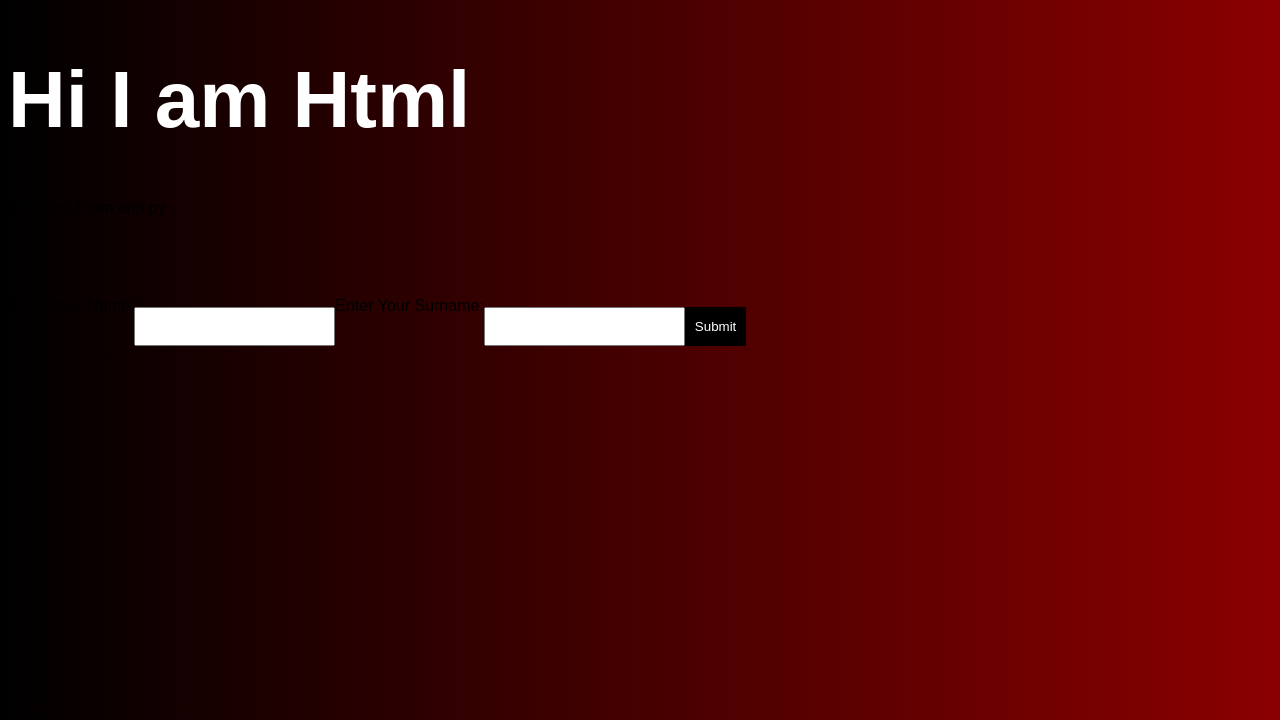
Repository: AlexandruMoloman/FormValidate-05Nov2024-
Page: http://localhost/
The author's editor kept a copy of each file at every save. The page is drawn from the files as they stood at one save, then again after the next save.
The browser window is 1280 px wide. The pictures show the whole page.
The page is served by the project's application, run on Flask 3 (app.py).

Above is the page before, as saved 2024-10-22 15:13:42.

After the next save:
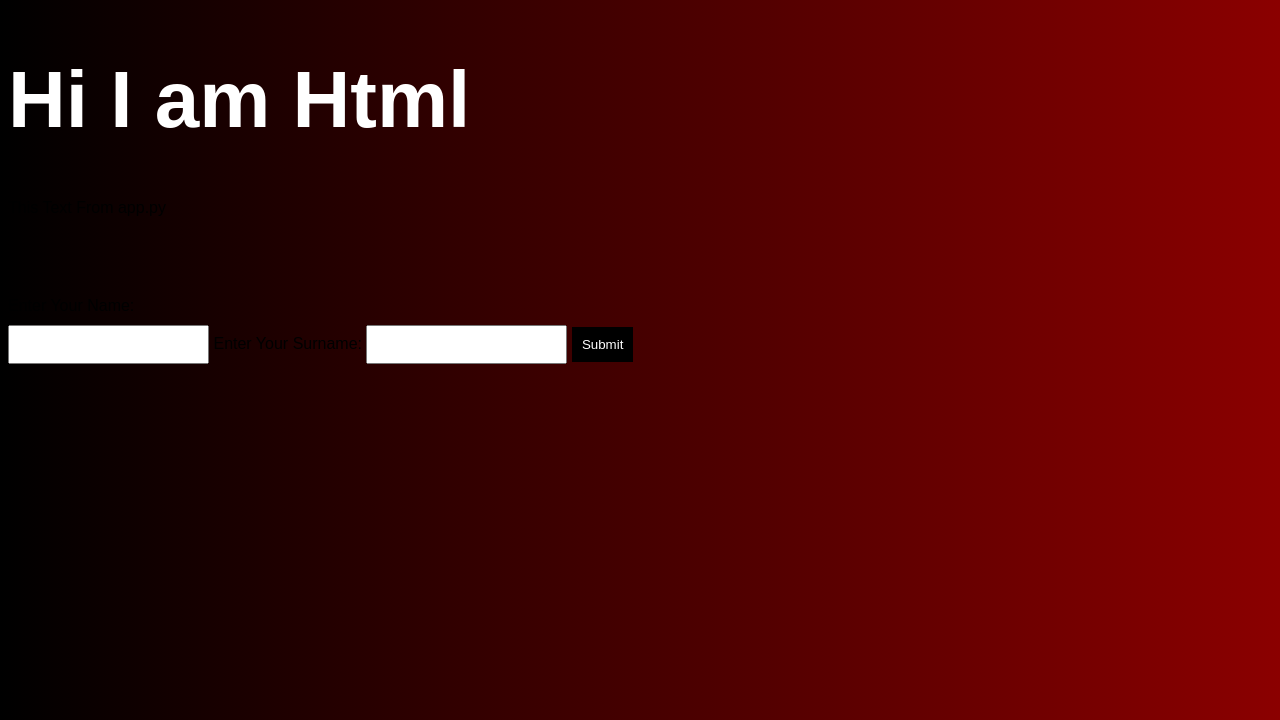
Saved 26 s later.
--- a/templates/home.html
+++ b/templates/home.html
@@ -19,8 +19,8 @@
 
     {% endif %} {% endwith %}
 
-    <form action="/greet" method="POST" style="display: flex">
-      <label for="name">Enter Your Name: </label>
+    <form action="/greet" method="POST">
+      <label for="name" style="display: flex">Enter Your Name: </label>
       <input type="text" id="name" name="name" required />
       <label for="surname">Enter Your Surname: </label>
       <input type="text" id="surname" name="surname" required />
